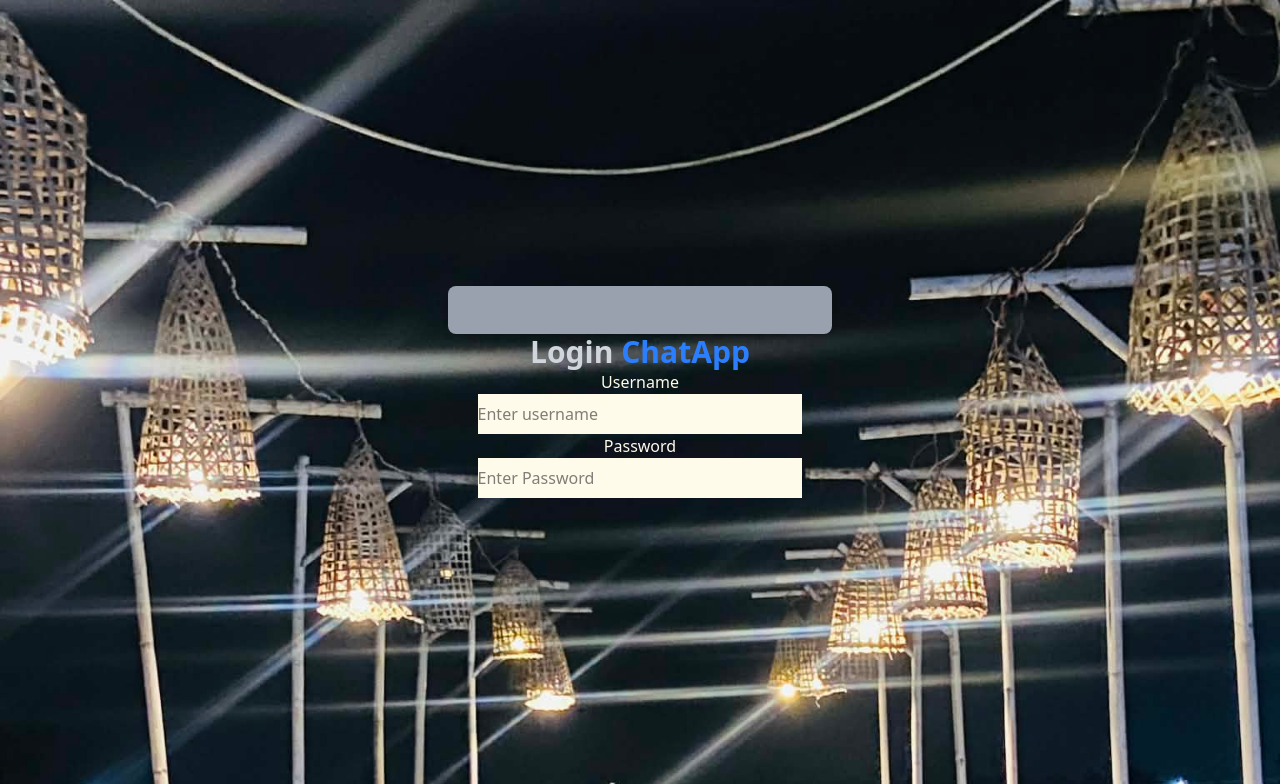
Repository: ridhukhan/chatapp
Page: / (app in frontend/)
An editor plug-in stored every save of this project. The page is shown before and after the next save, followed by the edit.
The browser window is 1280 px wide. The pictures show the whole page.
Backgrounds fixed to the window are drawn as part of the page. The project was rebuilt for these pictures with package versions that can differ from the ones it lists, and the page was loaded fresh each time. Also part of the build but not shown: frontend/vite.config.js.

Above is the page before, as saved 2025-12-25 12:52:03.

After the next save:
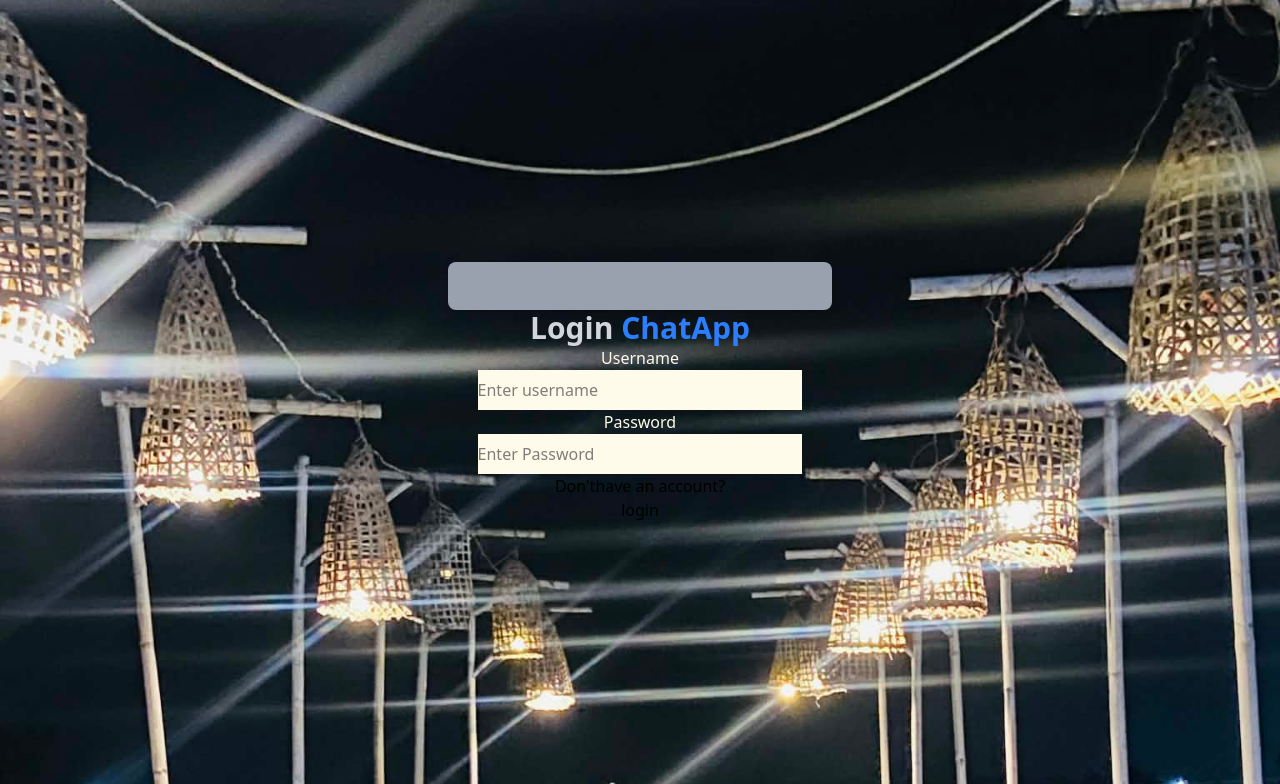
Saved 9 min 23 s later.
--- a/frontend/src/Pages/login/Login.jsx
+++ b/frontend/src/Pages/login/Login.jsx
@@ -36,9 +36,12 @@
 
     />
 </div>
+<a href='#'>{"Don't" }have an account?</a>
 
+<div>
+<button > login</button>
 
-
+</div>
 </form>
 
     </div>
